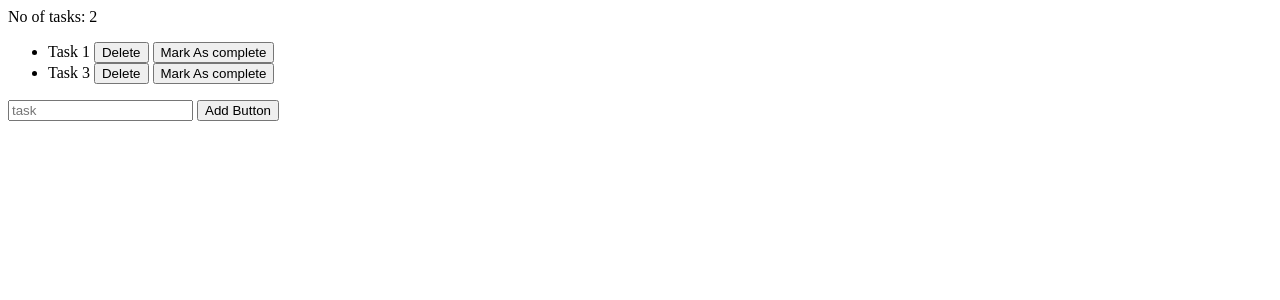
Repository: narendraiitm/jan-2023-term-live-session
Page: todo-vue/index.html
The author's editor kept a copy of each file at every save. The page is drawn from the files as they stood at one save, then again after the next save.
The browser window is 1280 px wide. The pictures show the whole page.

Above is the page before, as saved 2023-02-16 17:14:46.

### todo-vue/index.html
<!DOCTYPE html>
<html lang="en">
  <head>
    <meta charset="UTF-8" />
    <meta http-equiv="X-UA-Compatible" content="IE=edge" />
    <meta name="viewport" content="width=device-width, initial-scale=1.0" />
    <title>Document</title>
    <style>
      .complete {
        color: red;
      }
    </style>
  </head>
  <body>
    <div id="app"></div>
    <script src="https://cdn.jsdelivr.net/npm/vue@2/dist/vue.js"></script>
    <script src="./app.js"></script>
  </body>
</html>

### todo-vue/app.js
Vue.component('Header', {
  template: `<div> Welcome to To Do App</div>`,
})

new Vue({
  // options object
  el: '#app',
  template: `<div>
  <div> No of tasks: {{noOfTasks}} </div>
  <ul>
    <li v-for='(task, index) in tasks'>
        <span :class='{complete: task.complete}'>{{task.name}}</span>
        <button @click='deleteTask(index)'> Delete</button>
        <button @click='markAsComplete(index)'> Mark As complete</button>
    </li>
  </ul>
  <input placeholder='task' v-model='currentTask' />
  <button @click='addTask()'> Add Button </button>
  </div>`,
  data: {
    currentTask: null,
    tasks: [
      { name: 'Task 1', complete: false },
      { name: 'Task 3', complete: false },
    ],
  },
  methods: {
    addTask() {
      this.tasks.push({ name: this.currentTask })
    },
    deleteTask(index) {
      this.tasks.splice(index, 1)
    },
    markAsComplete(index) {
      this.tasks[index].complete = true
    },
  },
  computed: {
    noOfTasks() {
      return this.tasks.length
    },
  },
  watch: {
    currentTask(newVal, oldVal) {
      if (newVal.length > 5) {
        alert('Length of the task cannot be more then 5')
      }
    },
  },
})

After the next save:
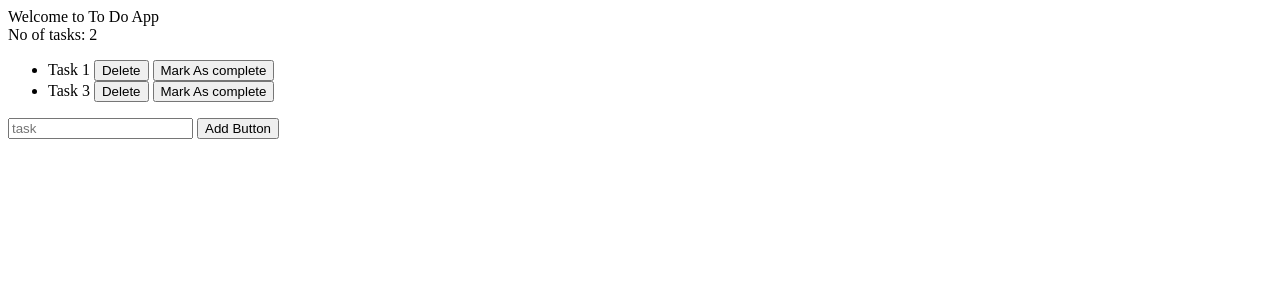
Saved 17 s later.
--- a/todo-vue/app.js
+++ b/todo-vue/app.js
@@ -6,6 +6,7 @@ new Vue({
   // options object
   el: '#app',
   template: `<div>
+  <Header />
   <div> No of tasks: {{noOfTasks}} </div>
   <ul>
     <li v-for='(task, index) in tasks'>
